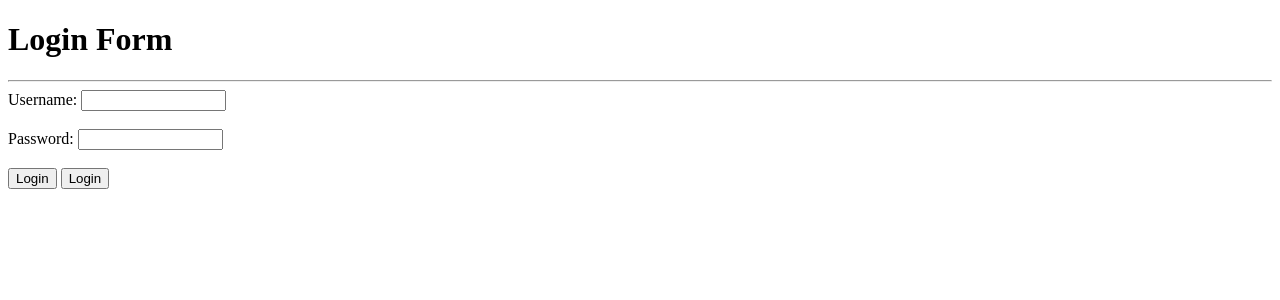
Repository: saigandhe/Day10
Page: LoginApp/WebContent/Login.html
The author's editor kept a copy of each file at every save. The page is drawn from the files as they stood at one save, then again after the next save.
The browser window is 1280 px wide. The pictures show the whole page.

Above is the page before, as saved 2018-09-05 12:04:27.

After the next save:
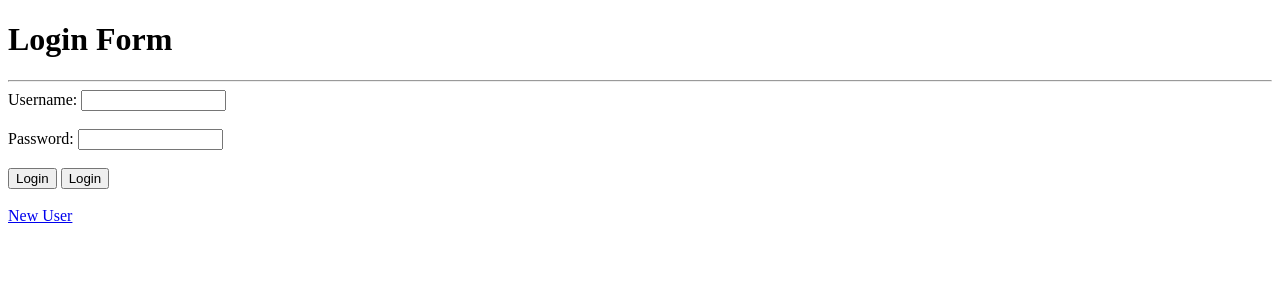
Saved 76 s later.
--- a/LoginApp/WebContent/Login.html
+++ b/LoginApp/WebContent/Login.html
@@ -17,7 +17,7 @@
 		<input type="submit"value = "Login">
 		<input type="reset"value = "Login">
 		<br><br>
-	<!-- <a href="registration.html">New User</a> -->
+	<a href="registration.html">New User</a>
 	</form>
 
 </body>
